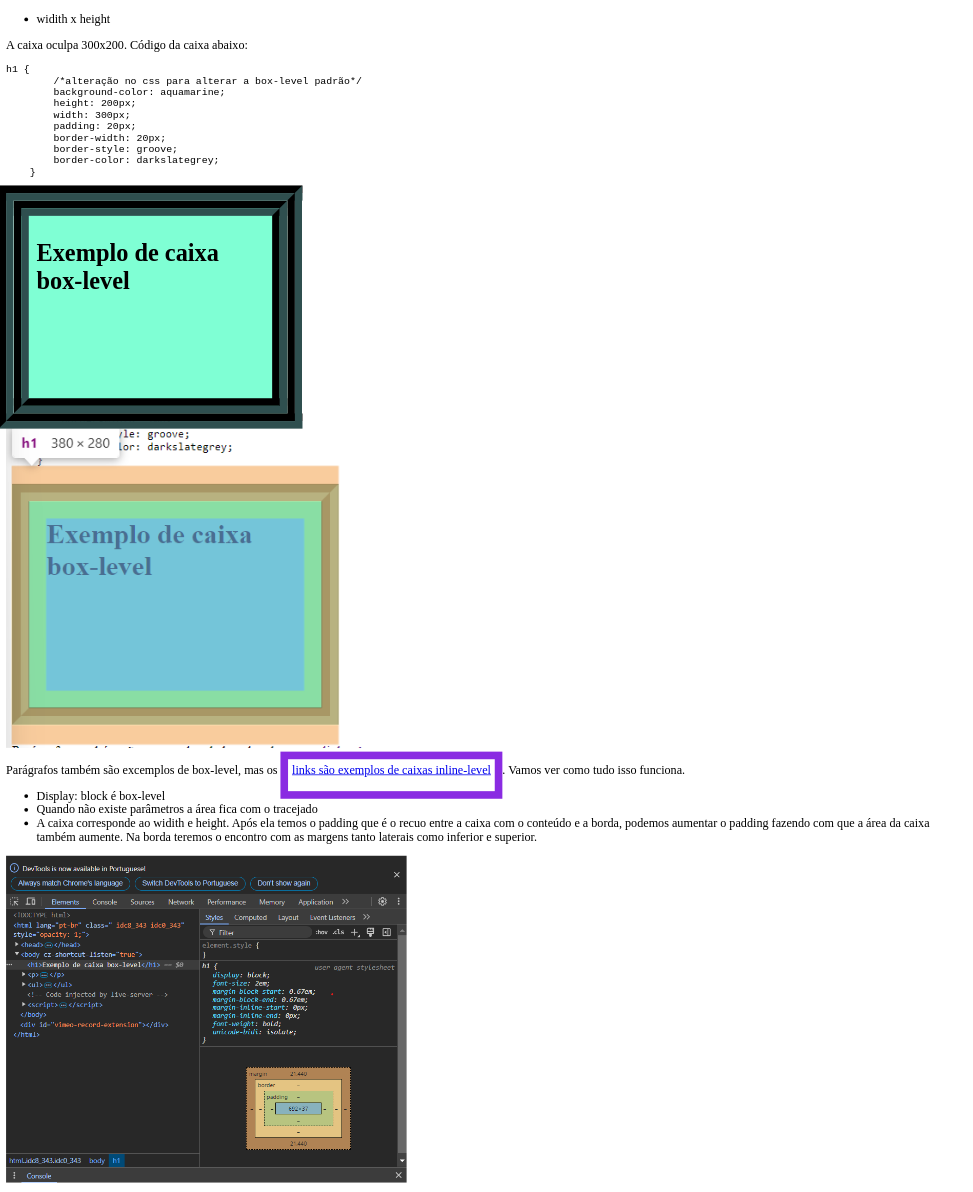
Repository: Willcmorais/vscode-workspace
Page: html-css/curso-em-video/modulo02/estudos/ex026-caixas/caixa01.html
An editor plug-in stored every save of this project. The page is shown before and after a run of saves, followed by the edit.
The browser window is 1280 px wide. The pictures show the whole page, at 76% of full size.

Above is the page before, as saved 2024-09-24 11:25:20.

### html-css/curso-em-video/modulo02/estudos/ex026-caixas/caixa01.html
<!DOCTYPE html>
<html lang="pt-br">

<head>
    <meta charset="UTF-8">
    <meta name="viewport" content="width=device-width, initial-scale=1.0">
    <link rel="stylesheet" href="style.css">
    <title>Modelo de Caixas</title>
</head>

<body>
    <ul>
        <li>widith x height</li>
    </ul>
    <p>A caixa oculpa 300x200. Código da caixa abaixo:</p>
    <pre><code>h1 {
        /*alteração no css para alterar a box-level padrão*/
        background-color: aquamarine;
        height: 200px;
        width: 300px;
        padding: 20px;
        border-width: 20px;
        border-style: groove;
        border-color: darkslategrey;
    }</code></pre>
    <h1>Exemplo de caixa box-level</h1>
    <img src="imgs/img2.png" alt="detalhes">
    <p>
        Parágrafos também são excemplos de box-level, mas os <a href="#">links são exemplos de caixas inline-level</a>.
        Vamos ver como tudo isso funciona.</p>
    <ul>
        <li>Display: block é box-level</li>
        <li>Quando não existe parâmetros a área fica com o tracejado</li>
        <li>A caixa corresponde ao widith e height. Após ela temos o padding que é o recuo entre a caixa com o conteúdo
            e a borda, podemos aumentar o padding fazendo com que a área da caixa também aumente. Na borda teremos o
            encontro com as margens tanto laterais como inferior e superior.</li>
    </ul>

    <img src="imgs/img1.png" alt="devltools caixas">
</body>

</html>

### html-css/curso-em-video/modulo02/estudos/ex026-caixas/style.css
@charset "utf8";

h1 {
    /*alteração no css para alterar a box-level padrão*/
    background-color: aquamarine;
    height: 200px;
    width: 300px;
    /*padding deve ser colocado para todos os lados seguindo o sentido de top right bottom left*/
    padding-top: 30px;
    padding-right: 10px;
    padding-bottom: 10px;
    padding-left: 10px;
    /*margin: auto; coloca centralizado no meio da página*/
    margin-top: 30px;
    margin-right: 10px;
    margin-bottom: 10px;
    margin-left: 10px;
    /*padding: 20px;*/
    border-width: 20px;
    border-style: groove;
    border-color: darkslategrey;
    outline-width: 20px;
    outline-style: groove;
    outline-color: darkslategrey;
}

/*parâmetro em css para a ancora*/
a {
    border-width: 10px;
    border-style: solid;
    border-color: blueviolet;
    padding-top: 5px;
    padding-right: 5px;
    padding-bottom: 20px;
    padding-left: 5px;
}

img {
    height: 430px;
}

After the next 2 saves:
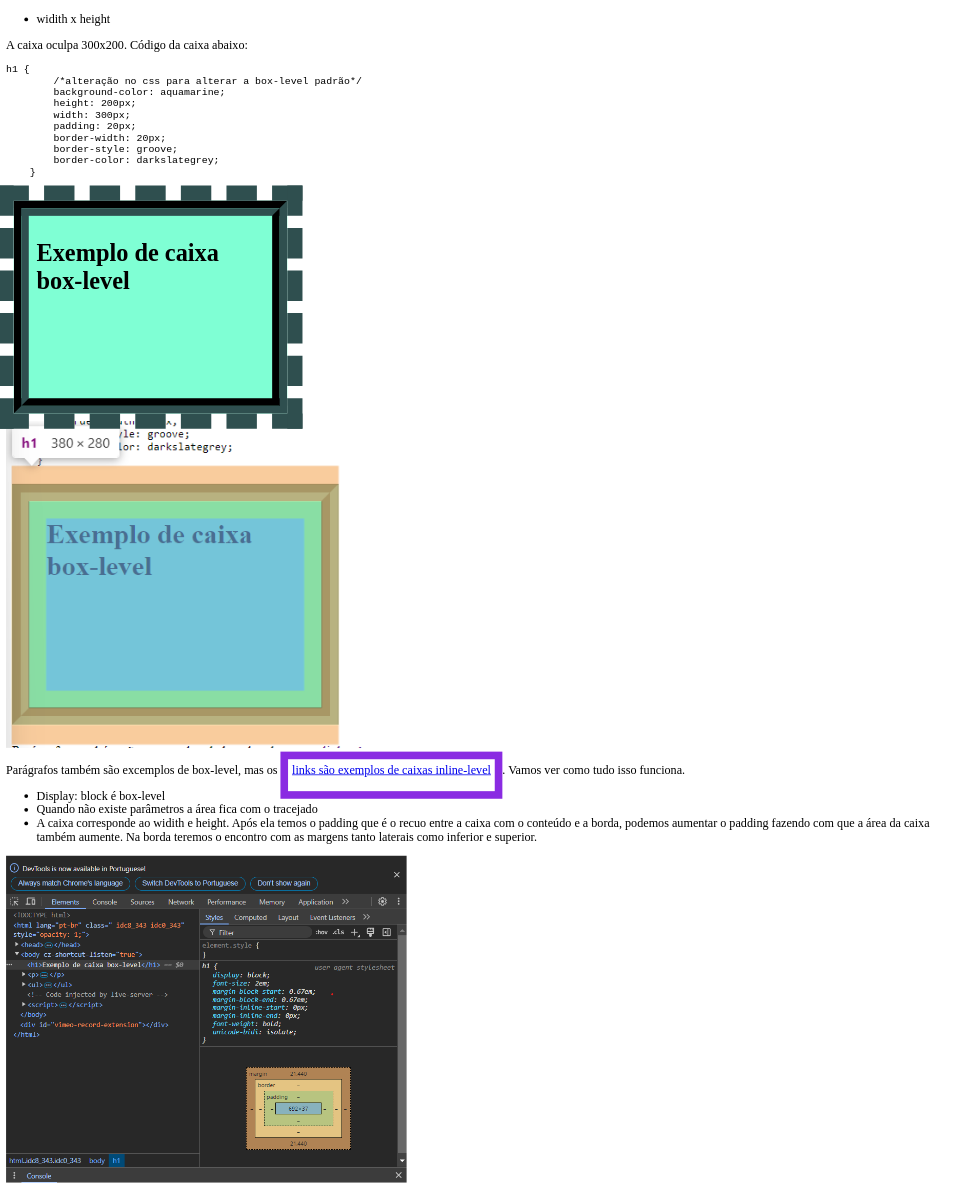
The 2 saves are shown as one change because they came seconds apart.
The last was saved 16 s later.
--- a/html-css/curso-em-video/modulo02/estudos/ex026-caixas/style.css
+++ b/html-css/curso-em-video/modulo02/estudos/ex026-caixas/style.css
@@ -20,7 +20,7 @@ h1 {
     border-style: groove;
     border-color: darkslategrey;
     outline-width: 20px;
-    outline-style: groove;
+    outline-style: dashed;
     outline-color: darkslategrey;
 }
 
